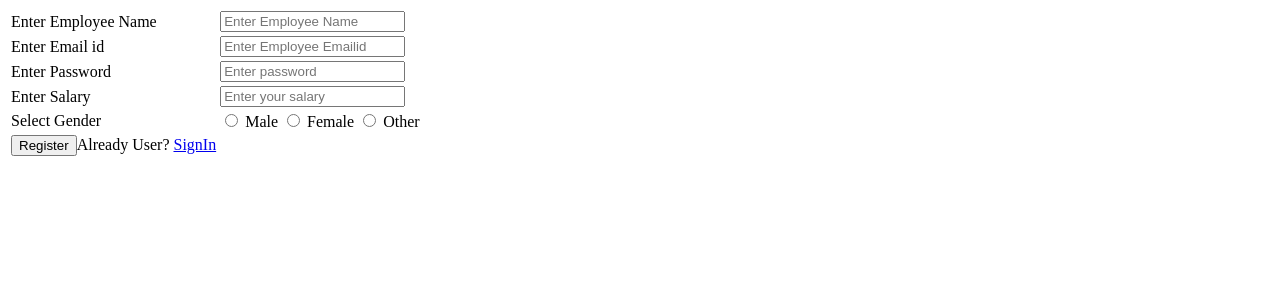
Repository: rajeshyadav3/Advjava
Page: workspace2/EmpWebApp/WebContent/Register.html
An editor plug-in stored every save of this project. The page is shown before and after the next save, followed by the edit.
The browser window is 1280 px wide. The pictures show the whole page.

Above is the page before, as saved 2024-01-05 10:34:24.

### workspace2/EmpWebApp/WebContent/Register.html
<!DOCTYPE html>
<html>
<head>
<meta charset="ISO-8859-1">
<title>Register page</title>
</head>
<body>

<form action="RegisterServlet" method='post'>
    <table>

        <tr>
            <td>Enter Employee Name</td>
            <td><input type="text" name="EmployeeName" placeholder="Enter Employee Name" /></td>
        </tr>

        <tr>
            <td>Enter Email id</td>
            <td><input type="text" name="EmployeeEmailid" placeholder="Enter Employee Emailid" /></td>
        </tr>

        <tr>
            <td>Enter Password</td>
            <td><input type="password" name="Password" placeholder="Enter password" /></td>
        </tr>

        <tr>
            <td>Enter Salary</td>
            <td><input type="number" name="Salary" placeholder="Enter your salary" /></td>
        </tr>

        <tr>
            <td>Select Gender</td>
            <td>
                <label><input type="radio" name="Gender" value="Male"> Male</label>
                <label><input type="radio" name="Gender" value="Female"> Female</label>
                <label><input type="radio" name="Gender" value="Other"> Other</label>
            </td>
        </tr>

        <tr>
            <td><button type="submit">Register</button>Already User? <a href="Login.html">SignIn</a></td>
        </tr>

    </table>

</form>


</body>
</html>

After the next save:
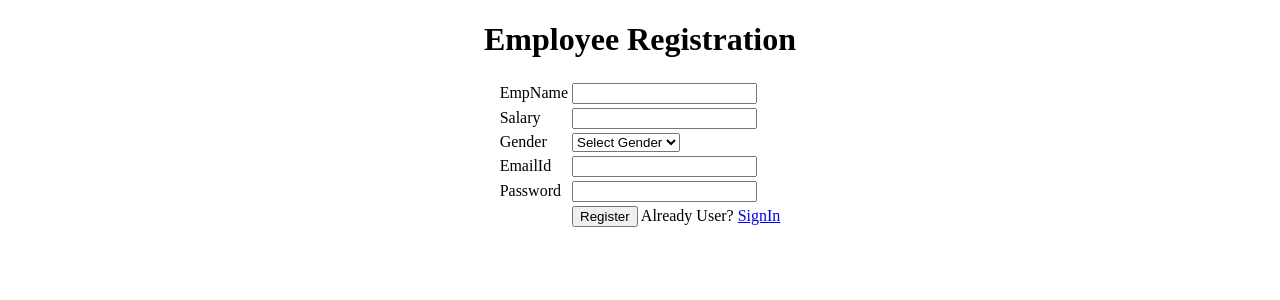
Saved 11 min 25 s later.
--- a/workspace2/EmpWebApp/WebContent/Register.html
+++ b/workspace2/EmpWebApp/WebContent/Register.html
@@ -2,50 +2,48 @@
 <html>
 <head>
 <meta charset="ISO-8859-1">
-<title>Register page</title>
+<title>Employee Registration</title>
 </head>
 <body>
+<h1 align='center'>Employee Registration</h1>
 
-<form action="RegisterServlet" method='post'>
-    <table>
+<form action="Register" method="post">
 
-        <tr>
-            <td>Enter Employee Name</td>
-            <td><input type="text" name="EmployeeName" placeholder="Enter Employee Name" /></td>
-        </tr>
-
-        <tr>
-            <td>Enter Email id</td>
-            <td><input type="text" name="EmployeeEmailid" placeholder="Enter Employee Emailid" /></td>
-        </tr>
-
-        <tr>
-            <td>Enter Password</td>
-            <td><input type="password" name="Password" placeholder="Enter password" /></td>
-        </tr>
-
-        <tr>
-            <td>Enter Salary</td>
-            <td><input type="number" name="Salary" placeholder="Enter your salary" /></td>
-        </tr>
-
-        <tr>
-            <td>Select Gender</td>
-            <td>
-                <label><input type="radio" name="Gender" value="Male"> Male</label>
-                <label><input type="radio" name="Gender" value="Female"> Female</label>
-                <label><input type="radio" name="Gender" value="Other"> Other</label>
-            </td>
-        </tr>
-
-        <tr>
-            <td><button type="submit">Register</button>Already User? <a href="Login.html">SignIn</a></td>
-        </tr>
-
-    </table>
-
+	<table align="center">
+		<tr>
+			<td>EmpName</td>
+			<td><input type="text" name="empName" /></td>
+		</tr>
+		<tr>
+			<td>Salary</td>
+			<td><input type="text" name="salary" /></td>
+		</tr>
+		<tr>
+			<td>Gender</td>
+			<td>
+				<select name="gender">
+					<option value="" selected>Select Gender</option>
+					<option value="Male">Male</option>
+					<option value="Female">Female</option>
+					<option value="Others">Others</option>
+				</select>
+			</td>
+		</tr>
+		<tr>
+			<td>EmailId</td>
+			<td><input type="text" name="emailId" /></td>
+		</tr>
+		<tr>
+			<td>Password</td>
+			<td><input type="password" name="password" /></td>
+		</tr>
+		<tr>
+			<td></td>
+			<td>
+				<button>Register</button> Already User? <a href="Login.html">SignIn</a>
+			</td>
+		</tr>
+	</table>
 </form>
-
-
 </body>
 </html>
